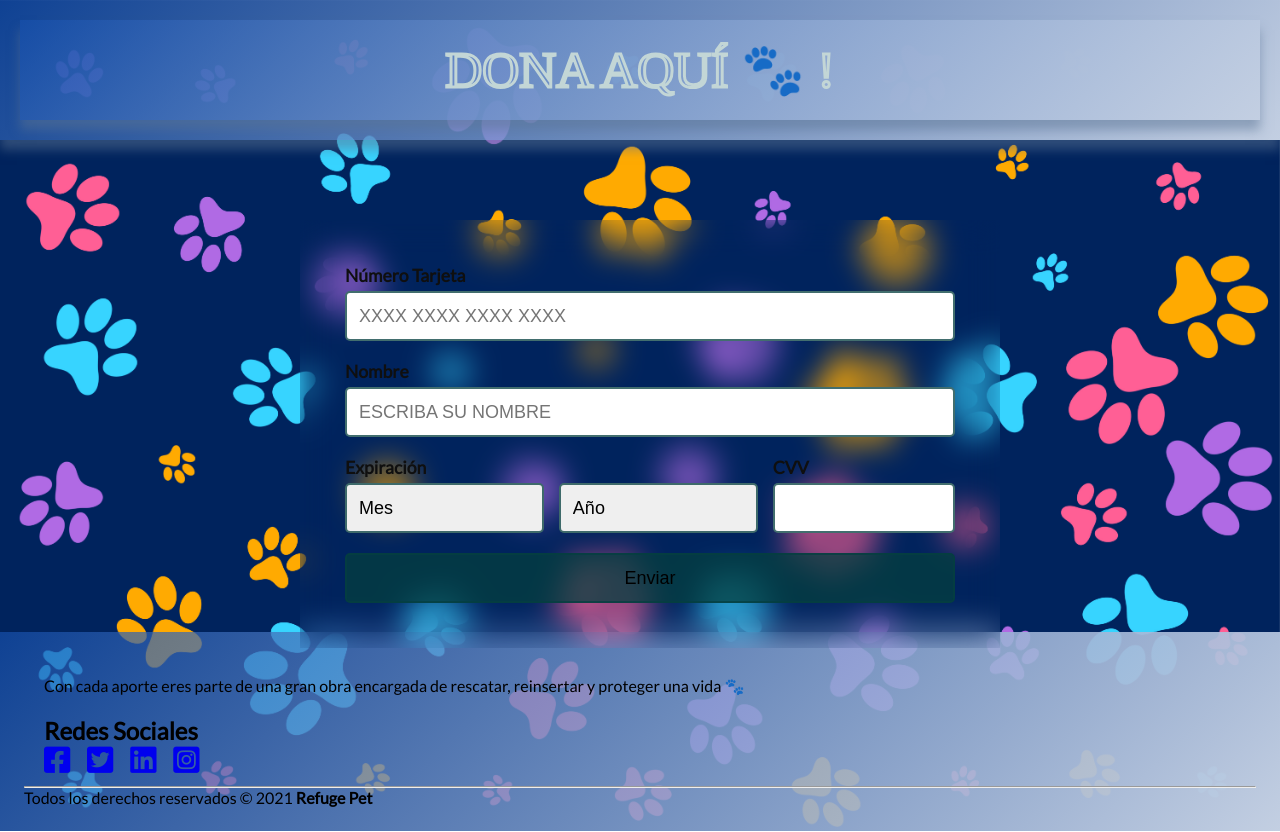
Repository: andreasvidal/SCL019-card-validation
Page: src/views/cardvalidation.html
The author's editor kept a copy of each file at every save. The page is drawn from the files as they stood at one save, then again after the next save.
The browser window is 1280 px wide. The pictures show the whole page.
Some web fonts or font styles are not loaded; a fallback is used. Some web libraries are served in a nearby version.

Above is the page before, as saved 2022-04-13 10:06:54.

### src/views/cardvalidation.html
<!DOCTYPE html>
<html lang="en">

<head>
    <meta charset="UTF-8" />
    <meta http-equiv="X-UA-Compatible" content="IE=edge" />
    <meta name="viewport" content="width=device-width, initial-scale=1.0" />
    <link rel="preconnect" href="https://fonts.googleapis.com" />
    <link rel="preconnect" href="https://fonts.gstatic.com" crossorigin />
    <link href="https://fonts.googleapis.com/css2?family=Lato:ital,wght@0,400;1,700&display=swap" rel="stylesheet" />
    <link rel="preconnect" href="https://fonts.googleapis.com" />
    <link rel="preconnect" href="https://fonts.gstatic.com" crossorigin />
    <link href="https://fonts.googleapis.com/css2?family=Hurricane&family=Lato:ital,wght@1,700&display=swap" rel="stylesheet" />
    <link rel="stylesheet" href="https://use.fontawesome.com/releases/v5.8.1/css/all.css" integrity="sha384-50oBUHEmvpQ+1lW4y57PTFmhCaXp0ML5d60M1M7uH2+nqUivzIebhndOJK28anvf" crossorigin="anonymous" />
    <link rel="stylesheet" href="../css/formstyle.css" />
    <link rel="stylesheet" href="../css/style.css" />
    <title>Formulario</title>
</head>

<!--contenido principal formulario-->

<body>
    <div class="subtitle">
        <p class="subtitle">DONA AQUÍ 🐾 !</p>
    </div>
    <form id="formValidation" class="form-validation">
        <div class="bg-blur">
            <div class="data-card" id="dataForm">
                <label for="inputNumber">Número Tarjeta</label>
                <input type="text" id="inputNumber" name="number" maxlength="16" autocomplete="off" pattern="[0-9]+" placeholder="XXXX XXXX XXXX XXXX" required />
                <h5 id="print"></h5>
            </div>
            <div class="data-card">
                <label for="inputNameUser">Nombre </label>
                <input type="text" id="inputNameUser" name="nameUser" placeholder="Escriba su nombre" required />
                <h5 id="print"></h5>
            </div>
            <!--datos expiración tarjeta-->
            <div class="flexbox">
                <div class="data-card expider-date">
                    <label for="monthSelect">Expiración</label>
                    <div class="flexbox">
                        <div class="data-card-select">
                            <select name="monthSelect" id="monthSelect" required>
                <option disabled selected>Mes</option>
                <option value="1">1</option>
                <option value="2">2</option>
                <option value="3">3</option>
                <option value="4">4</option>
                <option value="5">5</option>
                <option value="6">6</option>
                <option value="7">7</option>
                <option value="8">8</option>
                <option value="9">9</option>
                <option value="10">10</option>
                <option value="11">11</option>
                <option value="12">12</option>
              </select>
                        </div>
                        <div class="data-card-select">
                            <select name="yearSelect" id="yearSelect" required>
                <option disabled selected>Año</option>
                <option value="2">2014</option>
                <option value="5">2015</option>
                <option value="6">2016</option>
                <option value="7">2017</option>
                <option value="8">2018</option>
                <option value="9">2019</option>
                <option value="10">2020</option>
                <option value="11">2021</option>
                <option value="12">2022</option>
              </select>
                        </div>
                    </div>
                </div>
                <div class="data-card ccv">
                    <label for="inputCcv">CVV</label>
                    <input type="text" id="inputCcv" name="inputCcv" maxlength="3" required />
                </div>
            </div>
            <button type="submit" value="sendForm" class="btn-send" id="sendForm">
        Enviar
      </button>
        </div>
    </form>
    <footer>
        <div class="container__footer">
            <div class="box__footer">
                <div class="terms">
                    <p>
                        Con cada aporte eres parte de una gran obra encargada de rescatar, reinsertar y proteger una vida 🐾
                    </p>
                </div>
            </div>
            <div class="box__footer">
                <h2>Redes Sociales</h2>
                <a href="#"> <i class="fab fa-facebook-square"></i></a>
                <a href="#"><i class="fab fa-twitter-square"></i></a>
                <a href="#"><i class="fab fa-linkedin"></i></a>
                <a href="#"><i class="fab fa-instagram-square"></i></a>
            </div>
        </div>
        <div class="box__copyright">
            <hr />
            <p>Todos los derechos reservados © 2021 <b>Refuge Pet</b></p>
        </div>
    </footer>
    <!-- jQuery-->
    <script src="https://ajax.googleapis.com/ajax/libs/jquery/3.6.0/jquery.min.js"></script>
    <!--materialize -->
    <!--JS-->
    <script src="../js/index.js" type="module"></script>
</body>

</html>

### src/css/formstyle.css
* {
    padding: 0;
    margin: 0;
    box-sizing: border-box;
}

body {
    font-family: 'Lato', 'sans-serif';
    background-image: url(../assets/img/fondopatas.jpg);
    background-size: cover;
    background-repeat: no-repeat;
}


/*estilos formulario validacion*/

.form-validation {
    color: beige;
    width: 100%;
    max-width: 700px;
    margin-left: 300px;
    border-radius: 10px;
    position: relative;
    top: 80px;
    z-index: 1;
}

.bg-blur {
    backdrop-filter: blur(1rem);
    width: 100%;
    padding: 45px;
}

.form-validation label {
    display: block;
    color: rgb(15, 15, 15);
    margin-bottom: 5px;
    font-size: 1.1rem;
    font-weight: 700;
}

.form-validation input,
.form-validation select,
.btn-send {
    border: 2px solid rgba(4, 63, 63, 0.753);
    font-size: 18px;
    height: 50px;
    width: 100%;
    padding: 5px 12px;
    border-radius: 5px;
}

.form-validation input:hover,
.form-validation select:hover {
    border: 2px solid rgb(23, 24, 24);
}

.form-validation input:focus,
.form-validation select:focus {
    outline: rgb(173, 182, 182);
    box-shadow: 0 8px 8px 0 rgba(32, 38, 46, 0.3);
}

.form-validation input {
    margin-bottom: 20px;
    text-transform: uppercase;
}

.form-validation .flexbox {
    display: flex;
    justify-content: space-between;
}

.form-validation .expider-date {
    width: 100%;
}

.form-validation .ccv {
    min-width: 10px;
}

.form-validation .data-card-select {
    width: 100%;
    margin-right: 15px;
    position: relative;
}

.form-validation select {
    -webkit-appearance: none;
}


/*backgrond btn enviar*/

.btn-send {
    background: rgba(4, 63, 63, 0.753);
    ;
}

.btn-send:hover {
    background-color: rgba(94, 126, 136, 0.651);
    cursor: pointer;
}

#print {
    color: rgb(38, 41, 41);
    font-size: 16px;
}


/*footer*/

.terms {
    height: 30px;
    margin-bottom: 50px;
}

footer {
    width: 100%;
    padding: 1.5rem;
    margin-top: 5%;
    background-size: cover;
    background-image: linear-gradient(135deg, #1650adad 0%, #c3cfe2 100%);
    box-shadow: 0 10px 10px 0 rgba(90, 116, 148, 0.3);
}

.box__footer {
    padding: 20px;
    height: 10px;
}

.fab {
    padding-right: 40px;
    width: 20px;
    height: 20px;
    font-size: 30px;
}

.box__copyright {
    padding-top: 50px;
}

### src/css/style.css
     * {
         padding: 0;
         margin: 0;
         box-sizing: border-box;
     }

     body {
         font-family: 'Lato', 'sans-serif';
         background-image: url(../assets/img/fondopatas.jpg);
     }
     /*estilo titulo*/

     .title-h1 {
         font-family: 'Raleway', sans-serif;
         text-decoration: underline overline wavy rgba(183, 0, 255, 0.514);
         padding: 40px 100px;
         color: rgb(74, 80, 80);
         display: flex;
         flex-direction: column;
         align-items: center;
         box-shadow: 0 10px 10px 0 rgba(90, 116, 148, 0.3);
         background-image: linear-gradient(135deg, #f5f7fa 0%, #c3cfe2 100%);
         font-size: 8vw;
     }

     .subtitle {
         font-family: 'Shadows Into Light', cursive;
         text-align: center;
         padding: 20px 20px;
         color: rgb(74, 80, 80);
         font-size: 4vw;
         -webkit-text-fill-color: transparent;
         -webkit-text-stroke: 3px rgb(195, 214, 214);
         background-image: linear-gradient(135deg, #1650adad 0%, #c3cfe2 100%);
         box-shadow: 0 10px 10px 0 rgba(90, 116, 148, 0.5);
     }

     .img-banner {
         display: flex;
         height: 500px;
         z-index: -1;
         flex-direction: row;
         margin-left: 50px;
         align-items: center;
         margin-bottom: -50px;
         border-radius: 15px;
     }
     /*contenedor tarjeta*/

     .container {
         width: 90%;
         max-width: 1000px;
         padding: 20px 60px;
         margin: auto;
         display: flex;
         /* deja los elementos en forma de columna*/
         flex-direction: column;
         /*align-items no sirve para centrar de forma vertical (se utiliza justify), se utiliza al cambiar la dirección con flex-direction*/
         align-items: center;
     }
     /*estilo tarjeta*/

     .card {
         padding-top: 30px;
         width: 100%;
         max-width: 550px;
         position: relative;
         color: rgb(37, 36, 36);
         cursor: pointer;
     }

     .card>div {
         padding: 30px;
         border-radius: 15px;
         min-height: 315px;
         display: flex;
         flex-direction: column;
         justify-content: space-between;
         box-shadow: 0 10px 10px 0 rgba(90, 116, 148, 0.822);
     }

     .style-card {
         width: 100%;
         background: url(../assets/img/background-card/bg-img-2.jpg);
         background-size: cover;
     }
     /*para mantener el espeacio de la imagen logo (contenedor vacio)*/

     .style-card .logo-card {
         text-align: right;
         min-height: 50px;
     }

     .style-card .logo-card img {
         width: 100%;
         height: 100%;
         object-fit: cover;
         max-width: 80px;
     }

     .style-card .chip-card {
         width: 100%;
         max-width: 50px;
         margin-bottom: 20px;
     }

     .style-card .form-group .card-label {
         font-size: 16px;
         color: rgb(115, 131, 131);
         margin-bottom: 5px;
     }

     .style-card .card-group .number-card,
     .style-card .card-group .name-card,
     .style-card .card-group .expider {
         /*color: rgb(74, 80, 80);*/
         font-size: 22px;
         text-transform: uppercase;
     }

     .style-card .flexbox {
         display: flex;
         justify-content: space-between;
         margin-top: 20px;
     }
     /*btn abrir formulario*/

     .btn-open {
         color: rgb(195, 214, 214);
         box-shadow: 0 10px 10px 0 rgba(90, 116, 148, 0.3);
         background: rgba(183, 0, 255, 0.514);
         width: 50px;
         height: 50px;
         margin-top: -10px;
         border-radius: 100%;
         z-index: 2;
     }

     .btn-open:hover {
         opacity: 0.50;
         -moz-opacity: .50;
         filter: alpha (opacity=50);
     }

     .btn-open {
         text-decoration: none;
         padding-top: 15px;
         text-align: center;
     }

### src/js/index.js
/*import validator from '../js/validator.js';

//Llamando al DOM

const btnForm = document.getElementById("sendForm");
const form = document.getElementById("#formValidation");
btnForm.addEventListener('click', function(e) {
    e.preventDefault();
    let creditCardNumber = document.getElementById('inputNumber').value;
    let maskified = validator.maskify(creditCardNumber);
    if (creditCardNumber === "") {
        return document.getElementById("print").innerHTML = "Reingrese su número de tarjeta sin espacios ni carácteres especiales";
    } else {
        return document.getElementById("print").innerHTML = "Tu tarjeta N° " + maskified + " es válida";
    }
})


// inputName solo letras, inputCcv y inputNumber  solo numeros
let inputNumber = document.getElementById('inputNumber');
let inputName = document.getElementById('inputNameUser');
let inputCcv = document.getElementById('inputCcv');

const onlyNum = /[^0-9]/g;
const onlypLet = /[^a-zA-ZÑñáéíóúÁÉÍÓÚ\s]*$/g;
inputNumber.addEventListener('input', function() {
    inputNumber.value = inputNumber.value.replace(onlyNum, '');
});
inputName.addEventListener('input', function() {
    inputName.value = inputName.value.replace(onlypLet, '');
});
inputCcv.addEventListener('input', function() {
    inputCcv.value = inputCcv.value.replace(onlyNum, '');
});

// mes y años
for (let i = 1; i <= 12; i++) {
    let optionDate = document.createElement('option');
    optionDate.value = i;
    optionDate.innerText = i;
    form.monthSelect.appendChild(optionDate);
}

// * Select del año generado dinamicamente.
const yearActual = new Date().getFullYear();
for (let i = yearActual; i <= yearActual + 8; i++) {
    let optionDate = document.createElement('option');
    optionDate.value = i;
    optionDate.innerText = i;
    optionDate.selectYear.appendChild(optionDate);
}*/

After the next save:
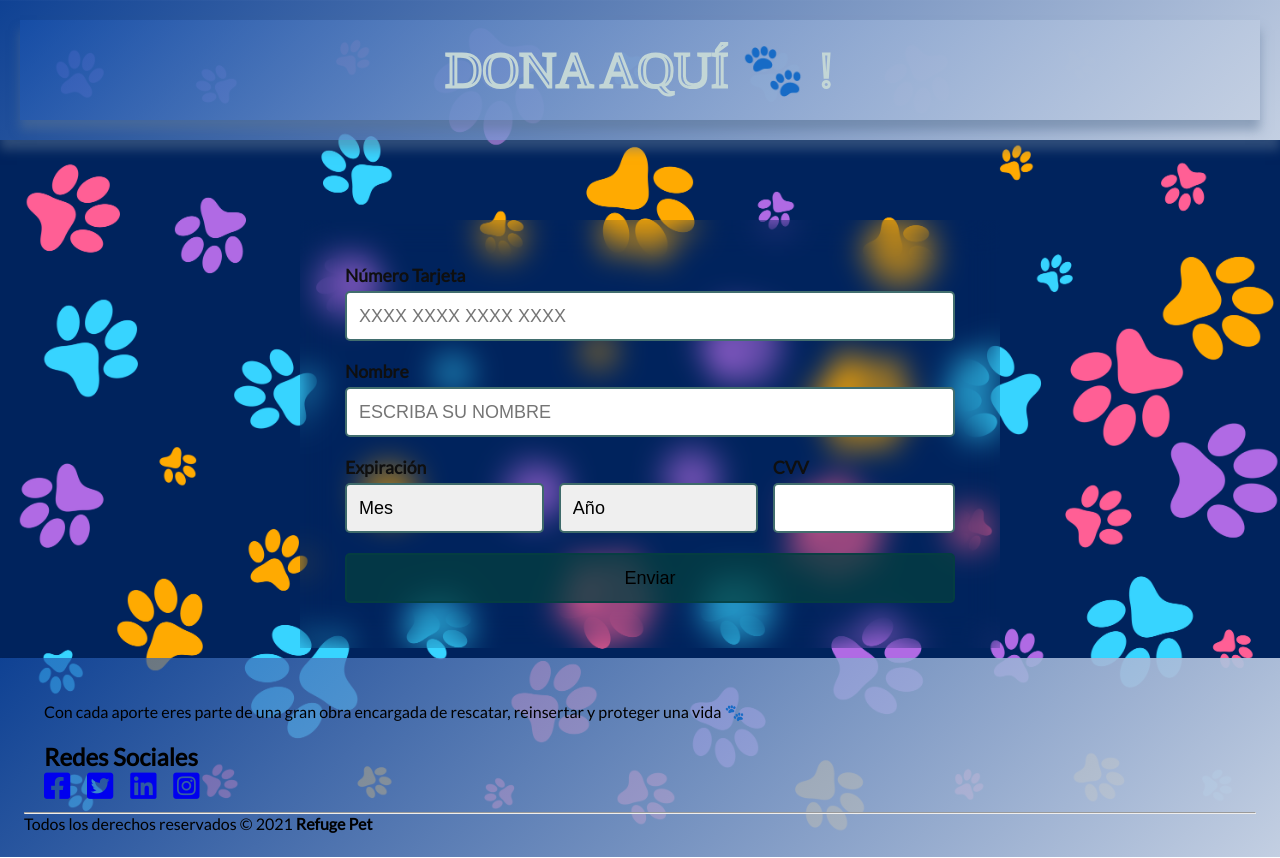
Saved 7 s later.
--- a/src/css/formstyle.css
+++ b/src/css/formstyle.css
@@ -118,7 +118,7 @@ body {
 footer {
     width: 100%;
     padding: 1.5rem;
-    margin-top: 5%;
+    margin-top: 7%;
     background-size: cover;
     background-image: linear-gradient(135deg, #1650adad 0%, #c3cfe2 100%);
     box-shadow: 0 10px 10px 0 rgba(90, 116, 148, 0.3);
